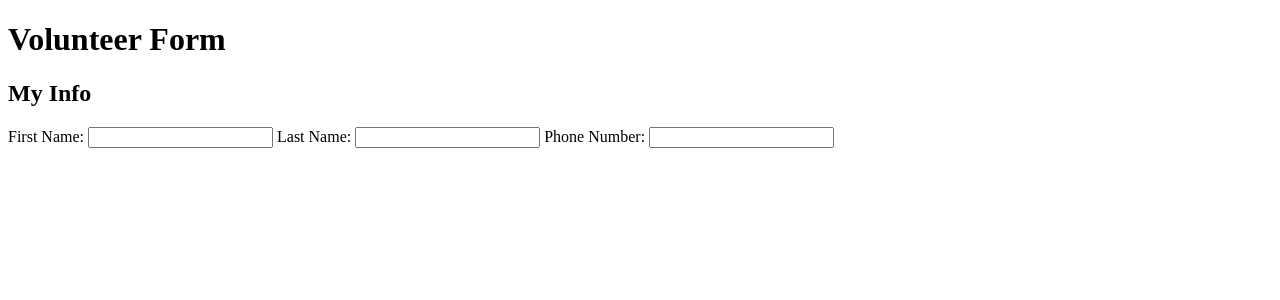
Repository: rishondass/ITMD361-Lab4
Page: index.html
An editor plug-in stored every save of this project. The page is shown before and after the next save, followed by the edit.
The browser window is 1280 px wide. The pictures show the whole page.

Above is the page before, as saved 2023-01-13 14:51:45.

### index.html
<!DOCTYPE html>
<html lang="en">
<head>
    <meta charset="UTF-8">
    <meta http-equiv="X-UA-Compatible" content="IE=edge">
    <meta name="viewport" content="width=device-width, initial-scale=1.0">
    <title>Lab 4</title>
</head>
<body>
    <h1>
        Volunteer Form
    </h1>
    <h2>
        My Info
    </h2>

    <form action="POST">
        <label for="first_name_field">First Name:</label>
        <input type="text" name="first_name_field">

        <label for="last_name_field">Last Name:</label>
        <input type="text" name="last_name_field">

        <label for="phone_field">Phone Number:</label>
        <input type="text" name="phone_field">
    </form>
</body>
</html>

After the next save:
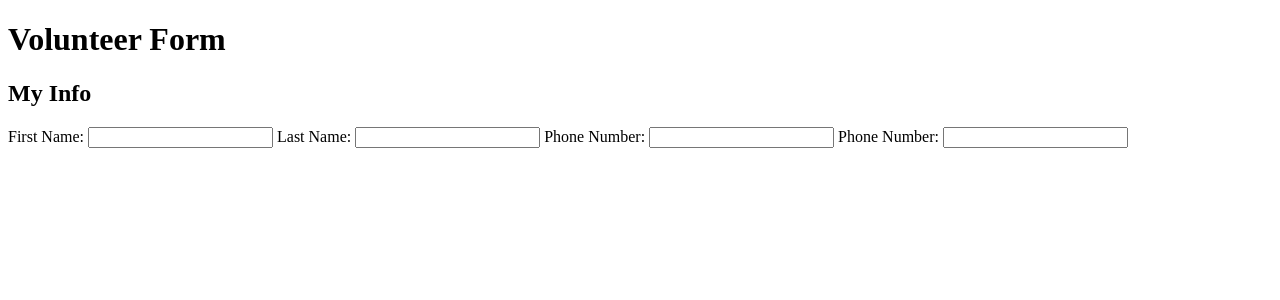
Saved 6 s later.
--- a/index.html
+++ b/index.html
@@ -23,6 +23,9 @@
 
         <label for="phone_field">Phone Number:</label>
         <input type="text" name="phone_field">
+
+        <label for="phone_field">Phone Number:</label>
+        <input type="text" name="phone_field">
     </form>
 </body>
 </html>
